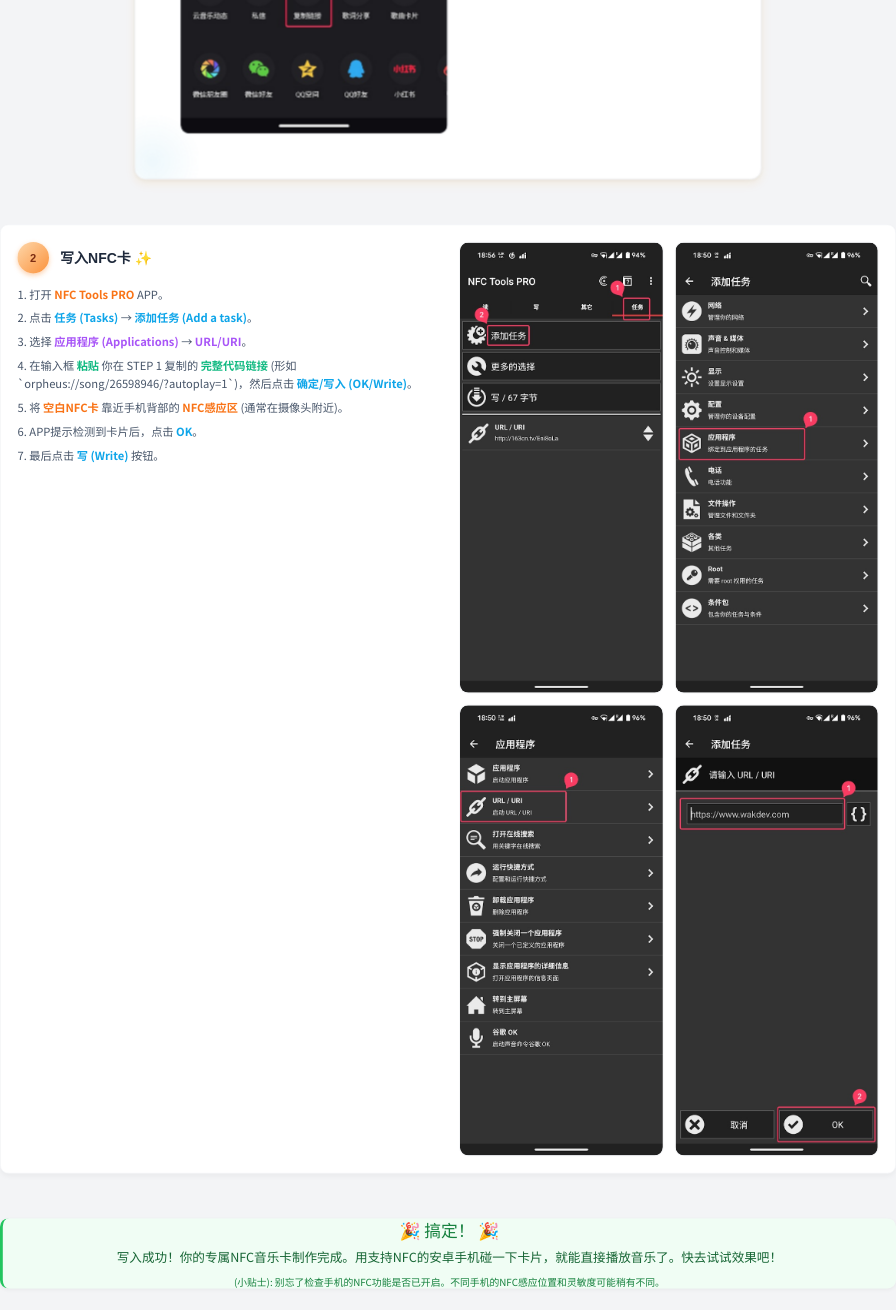
Repository: jememouse/nfc-music-card
Page: andriod-nfc.html
An editor plug-in stored every save of this project. The page is shown before and after the next save, followed by the edit.
The browser window is 1280 px wide. The pictures show the part of the page from y = 2232 to 4152 px (the page is 4104 px tall before and 4152 px after), at 70% of full size.
Some web fonts or font styles are not loaded; a fallback is used. Some web libraries are served in a nearby version.

Above is the page before, as saved 2025-04-30 16:02:30.

After the next save:
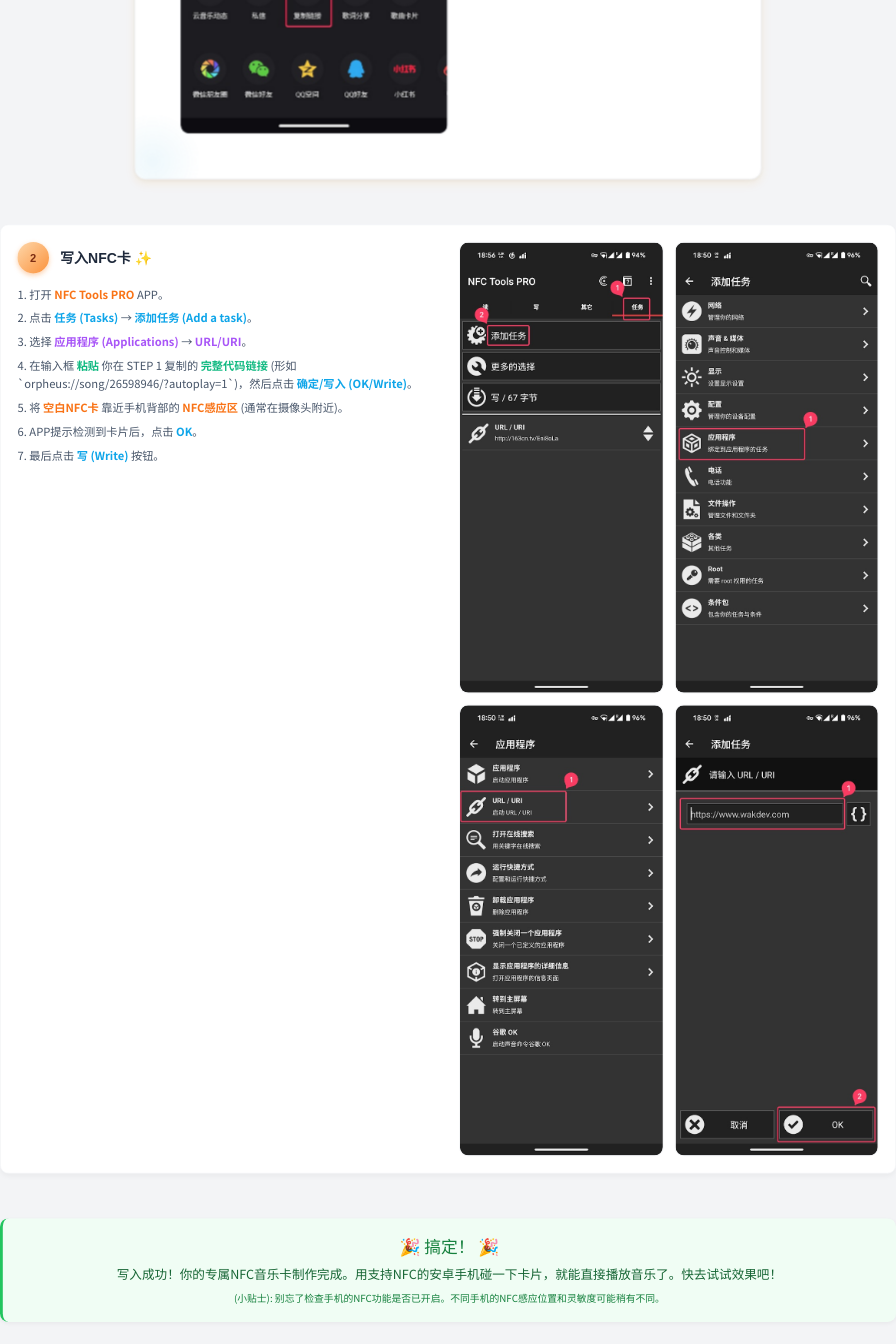
Saved 4 s later.
--- a/andriod-nfc.html
+++ b/andriod-nfc.html
@@ -454,9 +454,9 @@
                  </div>
             </div>
 
-            <div class="text-center mt-16 alert-box alert-green">
-                <p class="text-2xl font-bold mb-2">🎉 搞定！ 🎉</p>
-                <p class="text-lg text-green-800">写入成功！你的专属NFC音乐卡制作完成。用支持NFC的安卓手机碰一下卡片，就能直接播放音乐了。快去试试效果吧！</p>
+            <div class="text-center mt-16 alert-box alert-green p-4 sm:p-6">
+                <p class="text-xl sm:text-2xl font-bold mb-2">🎉 搞定！ 🎉</p>
+                <p class="text-base sm:text-lg text-green-800">写入成功！你的专属NFC音乐卡制作完成。用支持NFC的安卓手机碰一下卡片，就能直接播放音乐了。快去试试效果吧！</p>
                 <p class="text-sm text-green-700 mt-3">(小贴士): 别忘了检查手机的NFC功能是否已开启。不同手机的NFC感应位置和灵敏度可能稍有不同。</p>
             </div>
 
